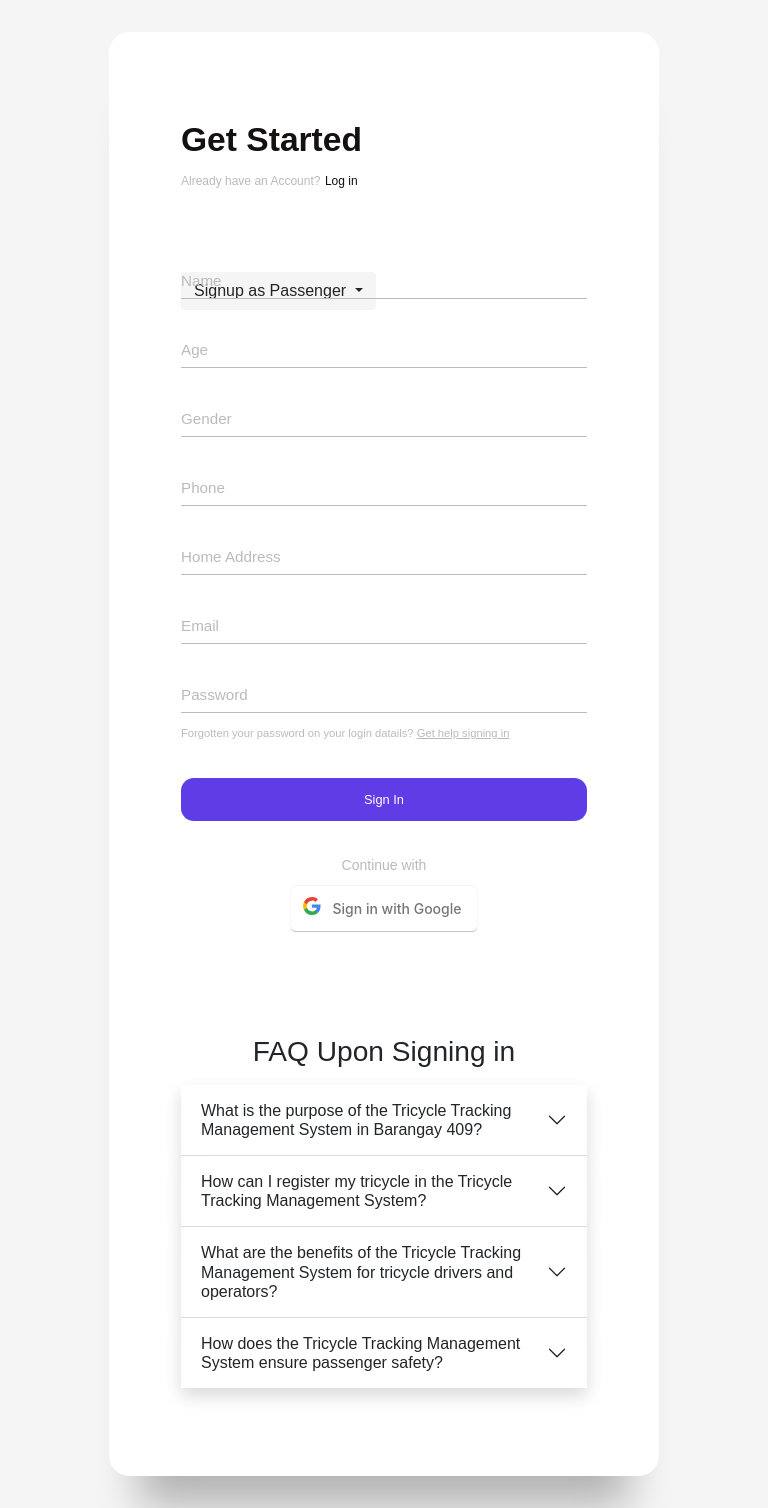
Repository: adrcstro/plate-to-place
Page: http://localhost/Loginsystem/Passenger.php
These files come from the project's save history. The page is drawn as it stood at one moment and after the next save; the edit follows.
The browser window is 768 px wide. The pictures show the whole page.
Some web fonts or font styles are not loaded; a fallback is used. Some web libraries are served in a nearby version. The page is run by PHP 8.4 with error messages shown; the project is at /var/www/html/.

Above is the page before, as saved 2023-10-31 15:49:38.

After the next save:
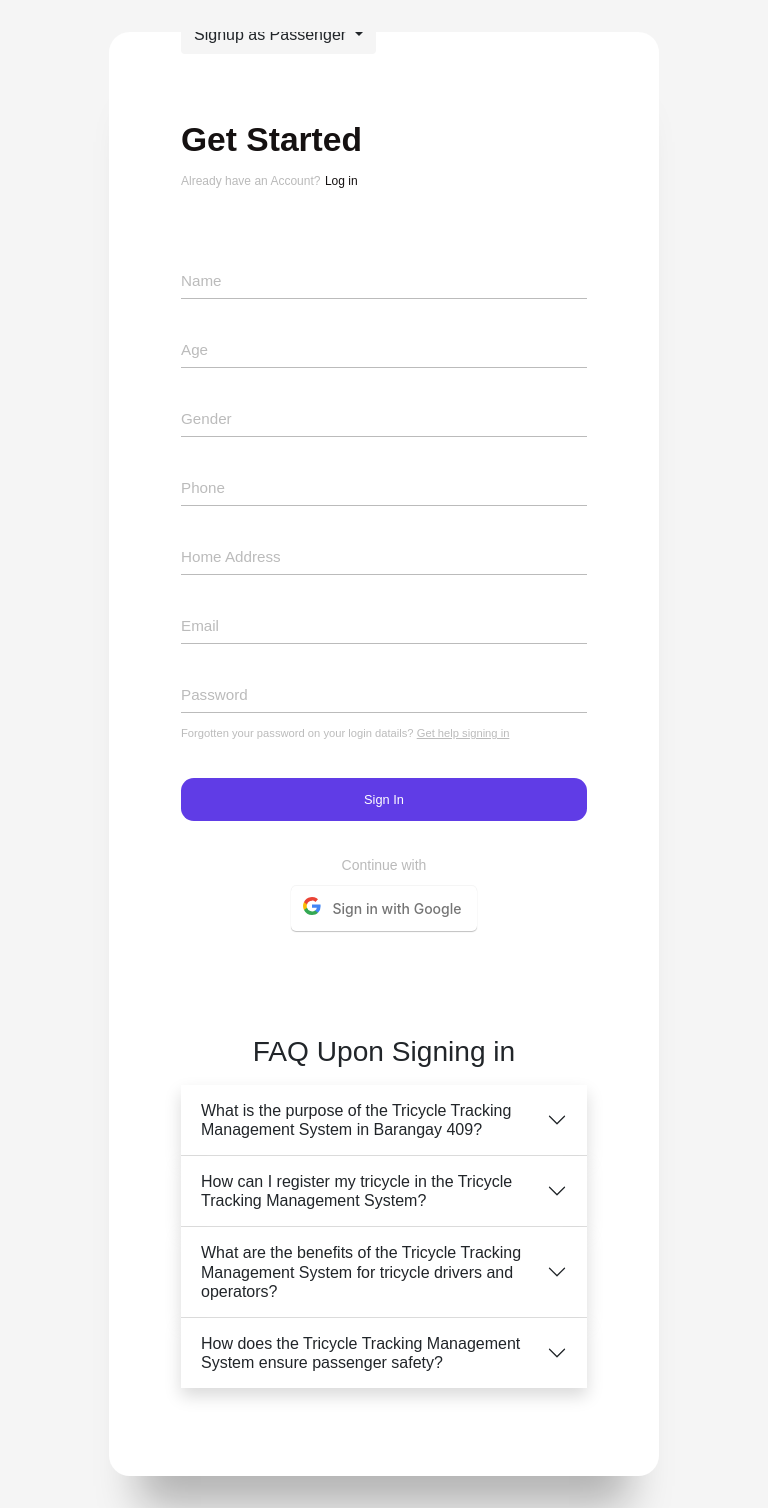
Saved 7 s later.
--- a/Loginsystem/passenger.css
+++ b/Loginsystem/passenger.css
@@ -489,7 +489,7 @@ margin-top: 2rem;
 }
 .dropdown{
   position: relative; /* or any other position value that suits your layout */
-  top: 8rem;
+  top: -8rem;
 }
 .sign-in-form{
   margin-top: -5rem;
